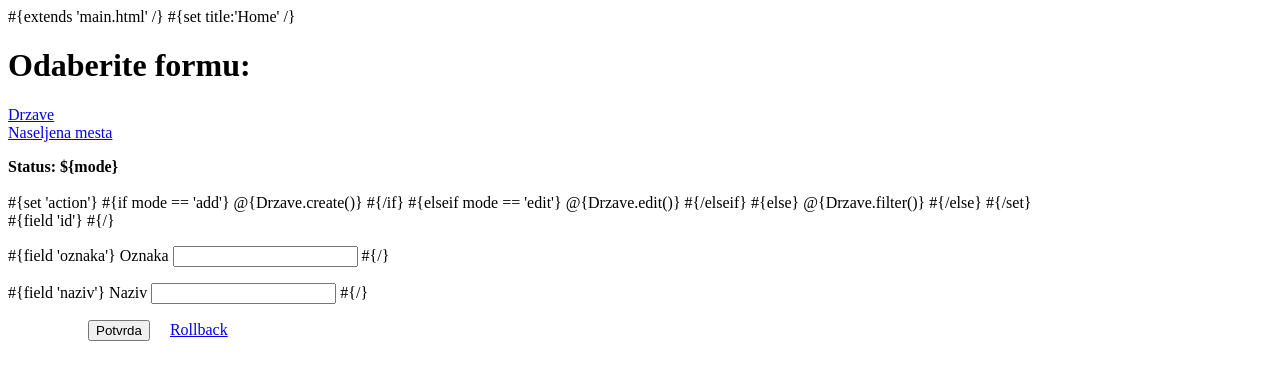
Repository: DaniloJevtovic/poslovnaInformatika
Page: project/app/views/Application/index.html
The author's editor kept a copy of each file at every save. The page is drawn from the files as they stood at one save, then again after the next save.
The browser window is 1280 px wide. The pictures show the whole page.

Above is the page before, as saved 2017-06-09 13:22:13.

### project/app/views/Application/index.html
#{extends 'main.html' /}
#{set title:'Home' /}

<h1>Odaberite formu:</h1>

<a href="@{Drzave.show()}">Drzave</a><br>
<a href="@{NaseljenaMesta.show()}">Naseljena mesta</a>
<div class = "panel">
	<p>
		<div><b>Status: ${mode}</b></div> <br>
			#{set 'action'}
				#{if mode == 'add'}
					@{Drzave.create()}
				#{/if}
				#{elseif mode == 'edit'}
					@{Drzave.edit()}
				#{/elseif}
				#{else}
					@{Drzave.filter()}
				#{/else}
			#{/set}

			<form action=${action} method="post">
				#{field 'id'}
					<input type = "hidden" name = "${field.name}" id = "${field.id}"/>
				#{/}

				<p>
				#{field 'oznaka'}
					<label for = "${field.id}">Oznaka</label>
					<input type = "text" name = "${field.name}" id = "${field.id}"/>
				#{/}
				</p>
				<p>
				#{field 'naziv'}
					<label for = "${field.id}">Naziv</label>
					<input type = "text" name = "${field.name}" id = "${field.id}"/>
				#{/}
				</p>
				<div id = "formActions">
					<input type = "submit" value = "Potvrda" style="margin-left:6em"/>
					<a href = "#" style="margin-left:1em">Rollback</a>
				</div>
			</form>
	</p>
</div>

After the next save:
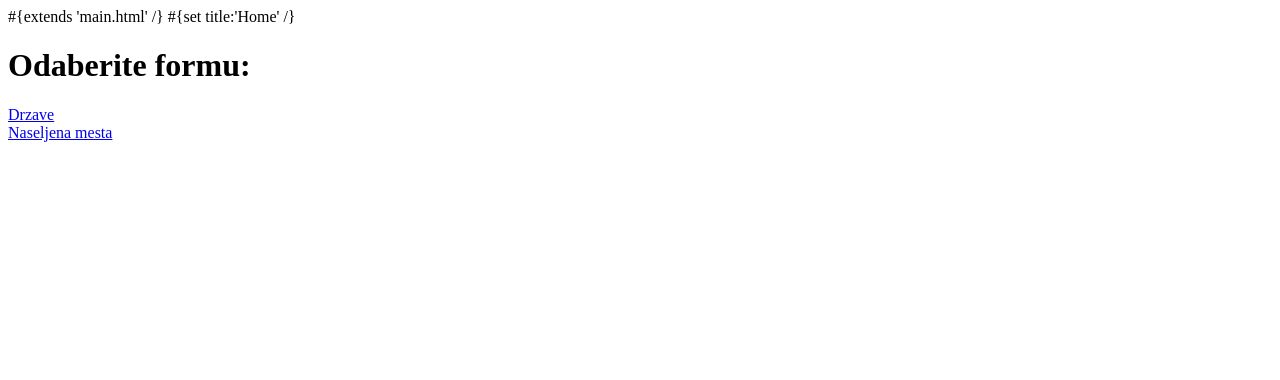
Saved 12 s later.
--- a/project/app/views/Application/index.html
+++ b/project/app/views/Application/index.html
@@ -5,42 +5,3 @@
 
 <a href="@{Drzave.show()}">Drzave</a><br>
 <a href="@{NaseljenaMesta.show()}">Naseljena mesta</a>
-<div class = "panel">
-	<p>
-		<div><b>Status: ${mode}</b></div> <br>
-			#{set 'action'}
-				#{if mode == 'add'}
-					@{Drzave.create()}
-				#{/if}
-				#{elseif mode == 'edit'}
-					@{Drzave.edit()}
-				#{/elseif}
-				#{else}
-					@{Drzave.filter()}
-				#{/else}
-			#{/set}
-
-			<form action=${action} method="post">
-				#{field 'id'}
-					<input type = "hidden" name = "${field.name}" id = "${field.id}"/>
-				#{/}
-
-				<p>
-				#{field 'oznaka'}
-					<label for = "${field.id}">Oznaka</label>
-					<input type = "text" name = "${field.name}" id = "${field.id}"/>
-				#{/}
-				</p>
-				<p>
-				#{field 'naziv'}
-					<label for = "${field.id}">Naziv</label>
-					<input type = "text" name = "${field.name}" id = "${field.id}"/>
-				#{/}
-				</p>
-				<div id = "formActions">
-					<input type = "submit" value = "Potvrda" style="margin-left:6em"/>
-					<a href = "#" style="margin-left:1em">Rollback</a>
-				</div>
-			</form>
-	</p>
-</div>
